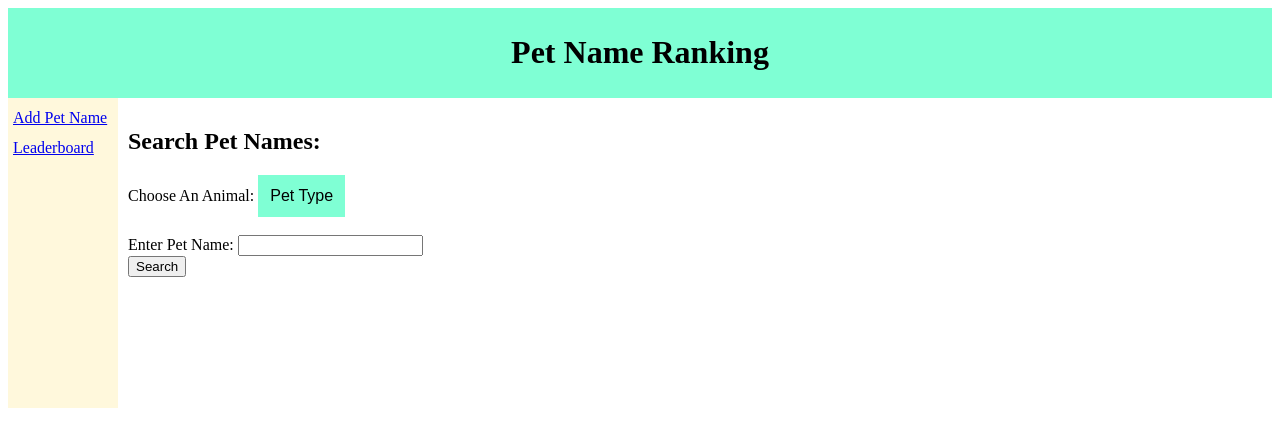
Repository: mutterbucket/TriplettTermProject4830
Page: workspaceCSCI4830-tech-excercise-Triplett/techExcerciseTriplett/WebContent/home_search.html
An editor plug-in stored every save of this project. The page is shown before and after the next save, followed by the edit.
The browser window is 1280 px wide. The pictures show the whole page.

Above is the page before, as saved 2020-02-21 22:40:19.

After the next save:
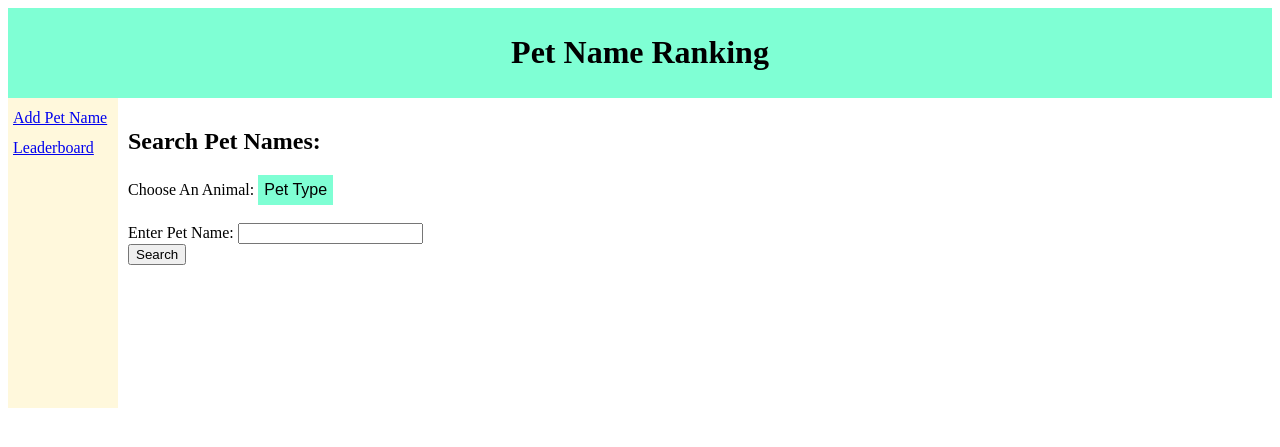
Saved 81 s later.
--- a/workspaceCSCI4830-tech-excercise-Triplett/techExcerciseTriplett/WebContent/home_search.html
+++ b/workspaceCSCI4830-tech-excercise-Triplett/techExcerciseTriplett/WebContent/home_search.html
@@ -25,7 +25,7 @@ section {
 .dropbtn {
   background-color:aquamarine;
   color: black;
-  padding: 12px;
+  padding: 6px;
   font-size: 16px;
   border: none;
 }
